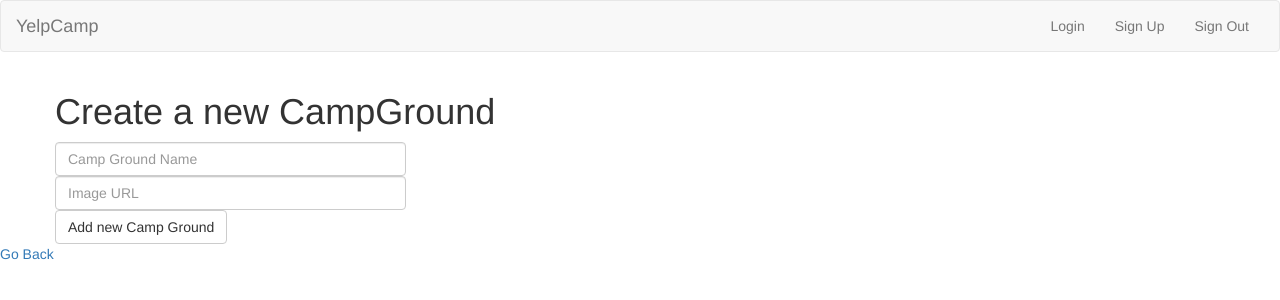
Repository: KMurphs/Tutorials
Page: YelpCamp/v1/views/newcampground.ejs
The author's editor kept a record of every edit. The page is drawn from the files as they stood at one moment, then again after the next edit.
The browser window is 1280 px wide. The pictures show the whole page.
The page is served by the project's Node server (YelpCamp/vtemplate/app.js). The template is opened directly, without the code that normally fills it, so the values that code supplies are empty.

Above is the page before.

After the next edit:
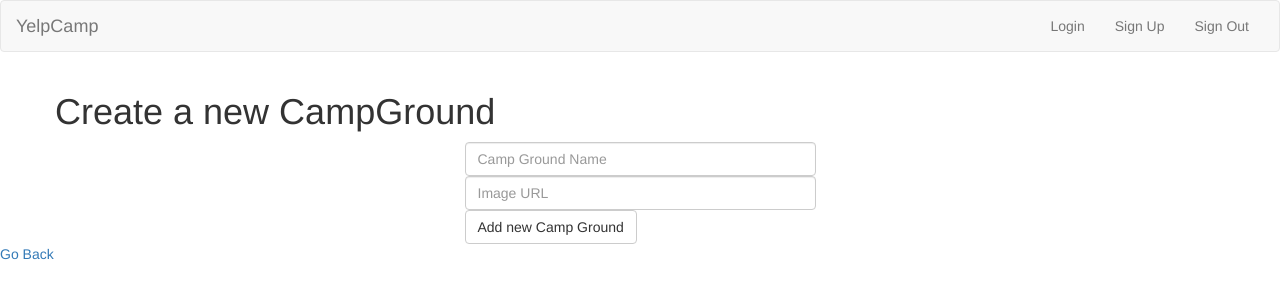
The edit:
--- a/Web Development/Udemy - Boot Camp/Code/code/webdevebootcamp - backend/workspace/YelpCamp/v1/views/newcampground.ejs
+++ b/Web Development/Udemy - Boot Camp/Code/code/webdevebootcamp - backend/workspace/YelpCamp/v1/views/newcampground.ejs
@@ -5,7 +5,7 @@
 <div class='container'>
 	<div class='row'>
 		<h1>Create a new CampGround</h1>
-		<div style='width: 30%; margin 0 auto;'>
+		<div style='width: 30%; margin: 0 auto;'>
 			<form method="POST" action="/campgrounds" >
 				<input class='form-control' type="text" name="name" placeholder="Camp Ground Name">
 				<input class='form-control'type="text" name="image" placeholder="Image URL">
